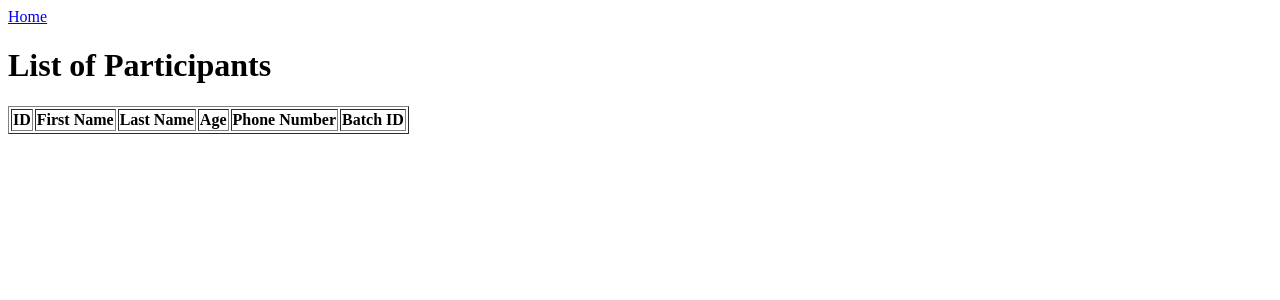
Repository: Jannis-Buschhaus/simplilearn-assessment-phase2
Page: http://localhost/FunfitWebapp/viewParticipants.jsp
An editor plug-in stored every save of this project. The page is shown before and after the next save, followed by the edit.
The browser window is 1280 px wide. The pictures show the whole page.
The page is served by Tomcat 9.

Above is the page before, as saved 2024-05-30 13:38:20.

After the next save:
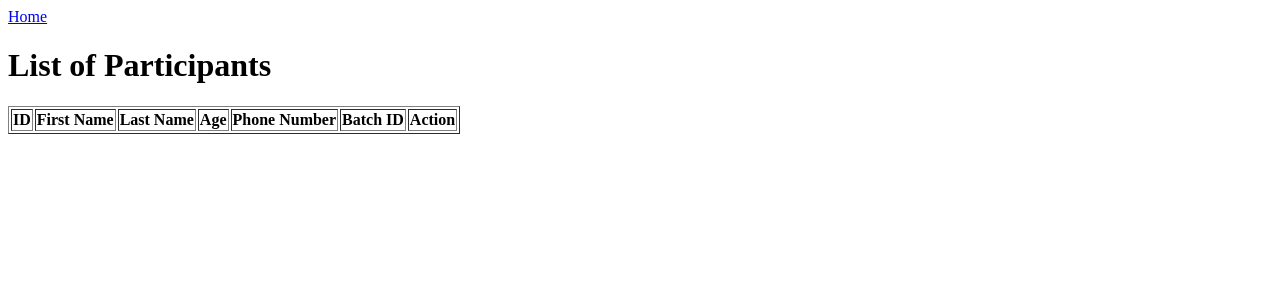
Saved 4 min 43 s later.
--- a/FunfitWebapp/src/main/webapp/viewParticipants.jsp
+++ b/FunfitWebapp/src/main/webapp/viewParticipants.jsp
@@ -8,17 +8,51 @@
 <title>Insert title here</title>
 </head>
 <body>
+	<script type="text/javascript">
+		async function deleteParticipant(partId) {
+			var result
+			try {
+				result = await fetch("/FunfitWebapp/ParticipantsController?id="+partId,  {
+	    			method: 'DELETE'
+	  			})
+			} catch (e) {
+				result = e
+				console.log(result)
+			} finally {
+				window.location.replace("ParticipantsController?target=viewParticipants")
+			}
+		}
+
+		function showUpdate(partId, fname, lname, age, phoneNumber, BatchId) {
+			document.getElementById("updateParticipant").hidden = false
+			document.getElementById("batchId").value = batchId
+			document.getElementById("typeOfBatch").value = typeOfBatch
+			document.getElementById("time").value = time
+		}
+	</script>
 	<a href="index.jsp">Home</a>
 	<h1>List of Participants</h1>
 	<table border="1">
 	<tr>
-		<th>ID</th><th>First Name</th><th>Last Name</th><th>Age</th><th>Phone Number</th><th>Batch ID</th>
+		<th>ID</th><th>First Name</th><th>Last Name</th><th>Age</th><th>Phone Number</th><th>Batch ID</th><th>Action</th>
 	</tr>
 	<c:forEach items="${ sessionScope.participants }" var="p">
 		<tr>
-			<td>${ p.getPartId() }</td><td>${ p.getFname() }</td><td>${ p.getLname() }</td><td>${ p.getAge() }</td><td>${ p.getPhoneNumer() }</td><td>${ p.getBatchId() }</td>
+			<td>${ p.getPartId() }</td>
+			<td>${ p.getFname() }</td>
+			<td>${ p.getLname() }</td>
+			<td>${ p.getAge() }</td>
+			<td>${ p.getPhoneNumer() }</td>
+			<td>${ p.getBatchId() }</td>
+			<td>
+				<button>delete</button>
+				<button>update</button>
+			</td>
 		</tr>
 	</c:forEach>
 	</table>
+	<div id="updateParticipant" hidden>
+
+	</div>
 </body>
 </html>
